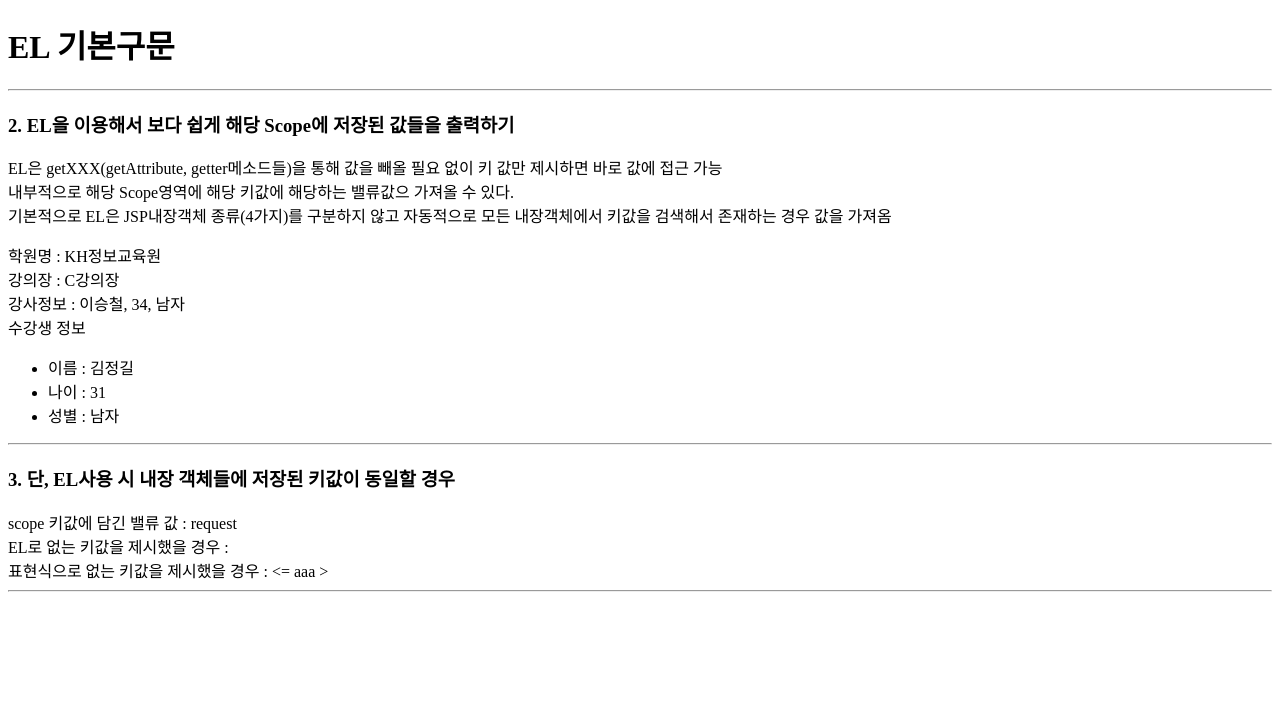
Repository: DonghwanSon1/ajax-jsp-study
Page: http://localhost/ActionProject/el.do
An editor plug-in stored every save of this project. The page is shown before and after the next save, followed by the edit.
The browser window is 1280 px wide. The pictures show the whole page.
The page is served by Tomcat 9.

Above is the page before, as saved 2022-07-12 01:40:45.

### ActionProject/WebContent/views/1_EL/01_el.jsp
<%@ page language="java" contentType="text/html; charset=UTF-8"
    pageEncoding="UTF-8"%>
<%@ page import="com.kh.model.vo.Person" %>
<!DOCTYPE html>
<html>
<head>
<meta charset="UTF-8">
<title>el페이지</title>
</head>
<body>

	<h1>EL 기본구문</h1>
	<%--
	<h3>1. 기존 방식대로 스크립틀릿과 표현식을 이용해서 각 영역에 담겨있는 값 뽑아서 화면에 출력</h3>

	<%
		// requestScope에 담긴 값 뽑기 => classRoom, student
		String classRoom = (String)request.getAttribute("classRoom");
		Person student = (Person)request.getAttribute("student");

		// sessionScope에 담긴 값 뽑기 => academy, teacher
		String academy = (String)session.getAttribute("academy");
		Person teacher = (Person)session.getAttribute("teacher");

	%>


	<p>
		학원명 : <%= academy %> <br>
		강의장 : <%= classRoom	 %> <br>
		강사정보 : <%= teacher.getName() %>, <%= teacher.getAge() %>, <%= teacher.getGender() %> <br>

		수강생 정보 <br>
		<ul>
			<li>이름 : <%= student.getName() %></li>
			<li>나이 : <%= student.getAge() %></li>
			<li>성별 : <%= student.getGender() %></li>
		</ul>
	</p>
	--%>

	<hr>

	<h3>2. EL을 이용해서 보다 쉽게 해당 Scope에 저장된 값들을 출력하기</h3>

	<p>
		EL은 getXXX(getAttribute, getter메소드들)을 통해 값을 빼올 필요 없이 키 값만 제시하면 바로 값에 접근 가능 <br>
		내부적으로 해당 Scope영역에 해당 키값에 해당하는 밸류값으 가져올 수 있다.<br>
		기본적으로 EL은 JSP내장객체 종류(4가지)를 구분하지 않고 자동적으로 모든 내장객체에서 키값을 검색해서 존재하는 경우 값을 가져옴
	</p>

	<p>
		학원명 : ${ academy } <br>
		강의장 : ${ classRoom } <br>
		강사정보 : ${ teacher.name }, ${ teacher.age }, ${ teacher.gender } <br>

		수강생 정보
		<ul>
			<li>이름 : ${ student.name }</li>
			<li>나이 : ${ student.age }</li>
			<li>성별 : ${ student.gender }</li>
		</ul>

		<!--
			필드값에 직접접근한걸까??
			teacher에 접근했을 때 벨류값을 Person타입 객체이다.
			해당 Person객체에 각 필드에 담긴 값을 출력하고자 한다면 키값.필드명으로 접근하면됌
			내부적으로 getter메서드를 찾아서 호출이 되서 값을 가져오는 구조
			=> 항상 명심해야할 사항 : getter메서드를 항상 만들어줘야함
		-->
	</p>
	<hr>

	<h3>3. 단, EL사용 시 내장 객체들에 저장된 키값이 동일할 경우 </h3>
	scope 키값에 담긴 밸류 값 : ${ scope } <br> <!-- request라고 찍힘 -->

	<!--
		EL은 공유범위가 가장 작은  Scope에서부터 해당 키값을 검색함
		page => request => session => application 순으로 키값을 찾음

		만약에 모든 영역에서 해당 키에 대한 값을 못찾았을 경우 ??
		=> 아무것도 출력 안됌 (오류 안남)
	 -->

	EL로 없는 키값을 제시했을 경우 : ${ aaa } <br>
	표현식으로 없는 키값을 제시했을 경우 : &lt;= aaa &gt; <br> <!-- 500 에러 발생 -->

	<hr>








</body>
</html>

### ActionProject/src/com/kh/controller/ELServlet.java
package com.kh.controller;

import java.io.IOException;

import javax.servlet.RequestDispatcher;
import javax.servlet.ServletContext;
import javax.servlet.ServletException;
import javax.servlet.annotation.WebServlet;
import javax.servlet.http.HttpServlet;
import javax.servlet.http.HttpServletRequest;
import javax.servlet.http.HttpServletResponse;
import javax.servlet.http.HttpSession;

import com.kh.model.vo.Person;

/**
 * Servlet implementation class ELServlet
 */
@WebServlet("/el.do")
public class ELServlet extends HttpServlet {
	private static final long serialVersionUID = 1L;

    /**
     * @see HttpServlet#HttpServlet()
     */
    public ELServlet() {
        super();
        // TODO Auto-generated constructor stub
    }

	/**
	 * @see HttpServlet#doGet(HttpServletRequest request, HttpServletResponse response)
	 */
	protected void doGet(HttpServletRequest request, HttpServletResponse response) throws ServletException, IOException {

		// 그동안 수하물을 담을 때 request, session, application, page에 담았음
		// JSP내장객체(== Scope 내장객체)
		/*
		 * 데이터들을 담을 수 있는 JSP 내장객체 종류 4가지
		 *
		 * 1. ServletContext(application scope)
		 * 한 어플리케이션(웹사이트)당 단 1개 존재하는 객체
		 * 이 영역에 데이터를 담으면 어플리케이션 전역에서 사용 가능
		 * => 공유 범위가 가장 크다.
		 *
		 * 2. HttpSession (session scope)
		 * 한 브라우저당 1개 존재하는 객체
		 * 이 영역에 데이터를 담으면 jsp/servlet단에서 사용 가능
		 * 값이 한번 담기면 서버가 멈추거나, 브라우저가 닫히기 전까지 사용 가능 (로그인 기능)
		 * => 공유범위가 다소 제한적
		 *
		 * 3. HttpServletRequest(request scope)
		 * 요청 및 응답 시 매번 생성되는 객체
		 * 이 영역에 데이터를 담으면 해당 request객체를
		 * 포워딩 받는 응답 jsp에서만 사용 가능
		 * => 공유범위가 해당 요청에 대한 응답 jsp 단 하나뿐(1회성)
		 *
		 * 4. PageContext(page scope)
		 * 현재 그 jsp페이지에서만 사용 가능
		 * => 공유범위가 가장 작음
		 *
		 *
		 * => 위에 객체들에 값을 담을 때는 -> .setAttribute("키","벨류");
		 * 				값을 뽑을 때는 -> .getAttribute("키"); (Object타입으로)
		 * 			      지우고자 할때는 -> .removeAttribute("키");
		 *
		 *
		 */

		// requestScope에 담기
		request.setAttribute("classRoom", "C강의장");
		request.setAttribute("student", new Person("김정길", 31, "남자"));

		// sessionScope에 담기
		HttpSession session = request.getSession();
		session.setAttribute("academy", "KH정보교육원");
		session.setAttribute("teacher", new Person("이승철", 34, "남자"));

		// 항상 키값은 중복X (덮어씌워졌었음)
		// 테스트 : requestScope와 sessionScope에 동일한 키값으로 데이터 담으면??
		request.setAttribute("scope", "request");
		session.setAttribute("scope", "session");

		// applicationScope에 담기
		ServletContext application = request.getSession().getServletContext();
		application.setAttribute("scope", "application");

		// 수하물 다 붙였으면 응답 뷰 지정
		// => 포워딩(파일 경로 제시할 때), 리다이렉션(contextPath로 부터 시작하는 찐 url방식을 요청 보낼 경우)
		RequestDispatcher view = request.getRequestDispatcher("views/1_EL/01_el.jsp");
		view.forward(request, response);














	}

	/**
	 * @see HttpServlet#doPost(HttpServletRequest request, HttpServletResponse response)
	 */
	protected void doPost(HttpServletRequest request, HttpServletResponse response) throws ServletException, IOException {
		// TODO Auto-generated method stub
		doGet(request, response);
	}

}

### ActionProject/src/com/kh/model/vo/Person.java
package com.kh.model.vo;

public class Person {

	private String name;
	private int age;
	private String gender;

	public Person() {}

	public Person(String name, int age, String gender) {
		super();
		this.name = name;
		this.age = age;
		this.gender = gender;
	}

	public String getName() {
		return name;
	}

	public void setName(String name) {
		this.name = name;
	}

	public int getAge() {
		return age;
	}

	public void setAge(int age) {
		this.age = age;
	}

	public String getGender() {
		return gender;
	}

	public void setGender(String gender) {
		this.gender = gender;
	}

	@Override
	public String toString() {
		return "Person [name=" + name + ", age=" + age + ", gender=" + gender + "]";
	}



}

After the next save:
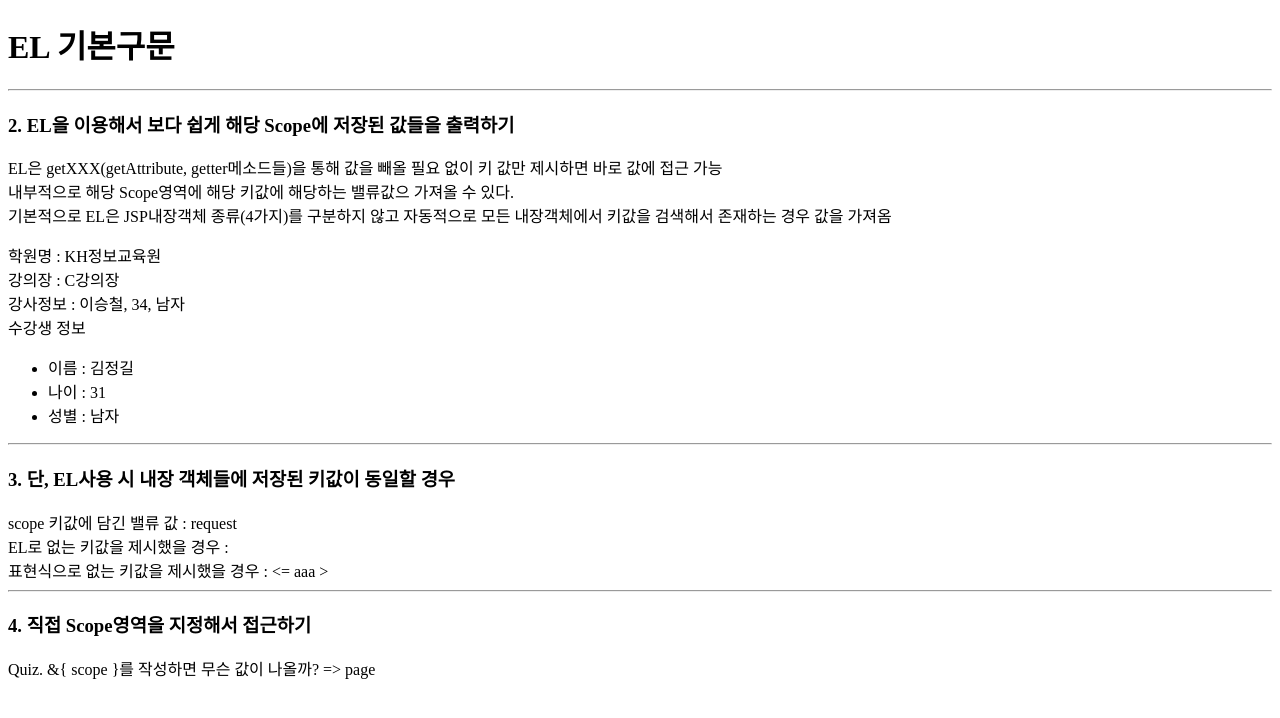
Saved 2 min 26 s later.
--- a/ActionProject/WebContent/views/1_EL/01_el.jsp
+++ b/ActionProject/WebContent/views/1_EL/01_el.jsp
@@ -87,7 +87,14 @@
 
 	<hr>
 
+	<h3>4. 직접 Scope영역을 지정해서 접근하기</h3>
 
+	<%
+		// pageScope에 담기
+		pageContext.setAttribute("scope", "page");
+	%>
+
+	Quiz. &{ scope }를 작성하면 무슨 값이 나올까? => page <br><br>
 
 
 
